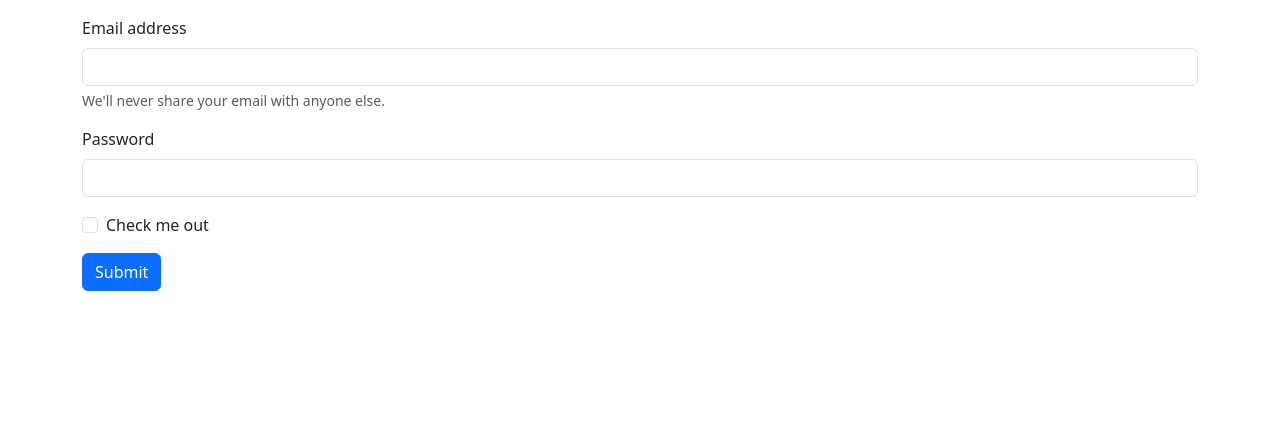
Repository: VictoriousMango/IBM-AI-Track
Page: http://localhost/
The author's editor kept a copy of each file at every save. The page is drawn from the files as they stood at one save, then again after the next save.
The browser window is 1280 px wide. The pictures show the whole page.
The page is served by the project's application, run on Flask 3 (app.py).

Above is the page before, as saved 2023-08-30 20:24:25.

After the next save:
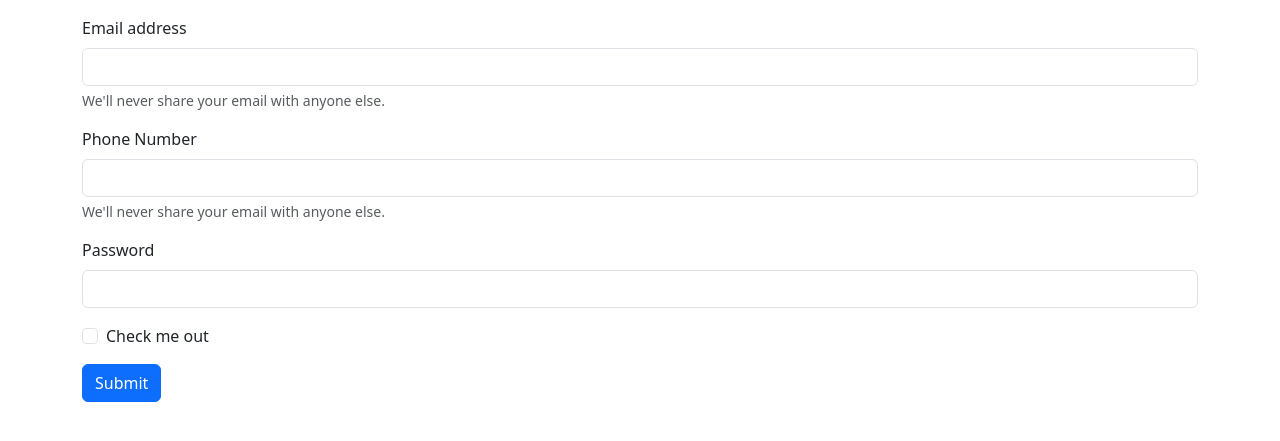
Saved 114 s later.
--- a/templates/email.html
+++ b/templates/email.html
@@ -16,6 +16,11 @@
               <div id="emailHelp" class="form-text">We'll never share your email with anyone else.</div>
             </div>
             <div class="mb-3">
+              <label for="email" class="form-label">Phone Number</label>
+              <input type="email" class="form-control" name="email" id="email" aria-describedby="emailHelp">
+              <div id="emailHelp" class="form-text">We'll never share your email with anyone else.</div>
+            </div>
+            <div class="mb-3">
               <label for="password" class="form-label">Password</label>
               <input type="password" class="form-control" name="password" id="password">
             </div>
